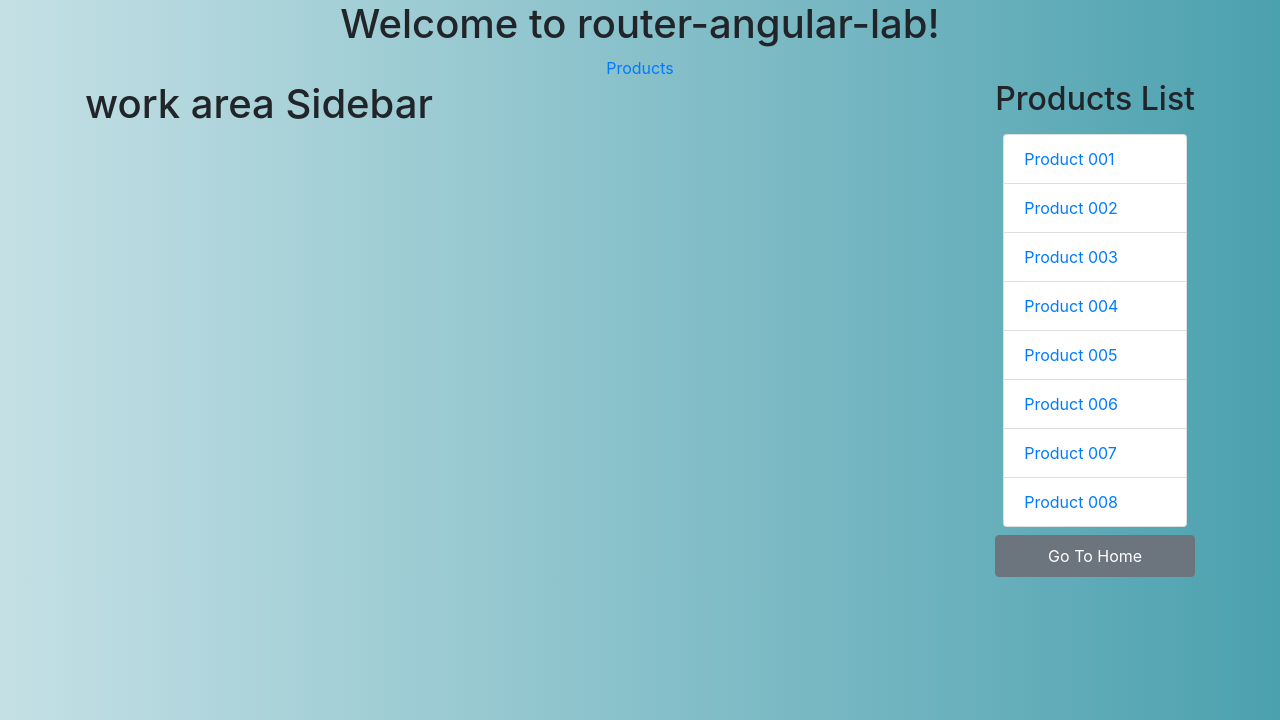
Repository: desalab/router-angular-lab
Page: /products
An editor plug-in stored every save of this project. The page is shown before and after the next save, followed by the edit.
The browser window is 1280 px wide. The pictures show the whole page.
The project was rebuilt for these pictures with package versions that can differ from the ones it lists, and the page was loaded fresh each time. Also part of the build but not shown: angular.json, src/app/product-detail/product-detail.component.ts, src/app/product-list-sidebar/product-list-sidebar.component.ts, src/app/home/home.component.ts.

Above is the page before, as saved 2018-12-06 01:11:35.

### src/index.html
<!doctype html>
<html lang="en">
<head>
  <meta charset="utf-8">
  <title>RouterAngularLab</title>
  <base href="/">

  <meta name="viewport" content="width=device-width, initial-scale=1">
  <link rel="icon" type="image/x-icon" href="favicon.ico">
  <link rel="stylesheet" href="https://stackpath.bootstrapcdn.com/bootstrap/4.1.3/css/bootstrap.min.css" integrity="sha384-MCw98/SFnGE8fJT3GXwEOngsV7Zt27NXFoaoApmYm81iuXoPkFOJwJ8ERdknLPMO" crossorigin="anonymous">

</head>
<body>
  <app-root></app-root>
</body>
</html>

### src/styles.css

body{
    background: #4CA1AF;  /* fallback for old browsers */
    background: -webkit-linear-gradient(to right, #C4E0E5, #4CA1AF);  /* Chrome 10-25, Safari 5.1-6 */
    background: linear-gradient(to right, #C4E0E5, #4CA1AF); /* W3C, IE 10+/ Edge, Firefox 16+, Chrome 26+, Opera 12+, Safari 7+ */
}

### src/app/app-routing.module.ts
import { NgModule } from '@angular/core';
import { Routes, RouterModule } from '@angular/router';
import { ProductListComponent } from './product-list/product-list.component';
import { ProductDetailComponent } from './product-detail/product-detail.component';
import { SidebarComponent } from './sidebar/sidebar.component';
import { ProductListSidebarComponent } from './product-list-sidebar/product-list-sidebar.component';

const routes: Routes = [
  { path: 'products', component: ProductListComponent },
  { path: 'product/:id', component: ProductDetailComponent },
  {
    path: '',
    component: SidebarComponent,
    outlet: 'sidebar'
  },
  {
    path: 'products',
    component: ProductListSidebarComponent,
    outlet: 'sidebar'
  }
];

@NgModule({
  imports: [RouterModule.forRoot(routes)],
  exports: [RouterModule]
})
export class AppRoutingModule { }

### src/app/app.component.ts
import { Component } from '@angular/core';

@Component({
  selector: 'app-root',
  templateUrl: './app.component.html',
  styleUrls: ['./app.component.css']
})
export class AppComponent {
  title = 'router-angular-lab';
}

### src/app/product-list/product-list.component.ts
import { Component, OnInit } from '@angular/core';
import { Product } from '../models/product';

@Component({
  selector: 'app-product-list',
  templateUrl: './product-list.component.html',
  styleUrls: ['./product-list.component.css']
})
export class ProductListComponent implements OnInit {

  public products: Product[] = [
    new Product(1, 'Product 001'),
    new Product(2, 'Product 002'),
    new Product(3, 'Product 003'),
    new Product(4, 'Product 004'),
    new Product(5, 'Product 005'),
    new Product(6, 'Product 006'),
    new Product(7, 'Product 007'),
    new Product(8, 'Product 008')
  ];

  constructor() { }

  ngOnInit() {
  }

}

### src/app/app.component.html
<div class="container">
  <div style="text-align:center">
    <h1>Welcome to {{ title }}!</h1>

    <a
      [routerLink]="[
        { outlets: { primary: ['products'], sidebar: ['products'] } }
      ]"
    >
      Products
    </a>
  </div>

  <div>
    <div style="float:right"><router-outlet></router-outlet></div>
    <div style="float:left"><router-outlet name="sidebar"></router-outlet></div>
  </div>
</div>

### src/app/models/product.ts
export class Product {
  id: number;
  name: string;
  constructor(id: number, name: string) {
    this.id = id;
    this.name = name;
  }
}

### src/app/product-list/product-list.component.html
<h2>Products List</h2>

<ul class="list-group p-2">
	<li class="list-group-item"  *ngFor="let product of products">
		<a [routerLink]="['/product/', product.id]">{{product.name}}</a>
	</li>
</ul>

<a class="btn btn-secondary btn-block p-2" routerLink="/">Go To Home</a>

### src/app/sidebar/sidebar.component.html
<h1>
  work area Sidebar
</h1>

Loaded but not shown: src/main.ts (common file); src/app/app.module.ts (common file); src/environments/environment.ts (common file); src/app/sidebar/sidebar.component.ts (common file); src/app/app.component.css (no stored copy; drawn as an empty file); src/app/product-list/product-list.component.css (no stored copy; drawn as an empty file); src/app/sidebar/sidebar.component.css (no stored copy; drawn as an empty file)

After the next save:
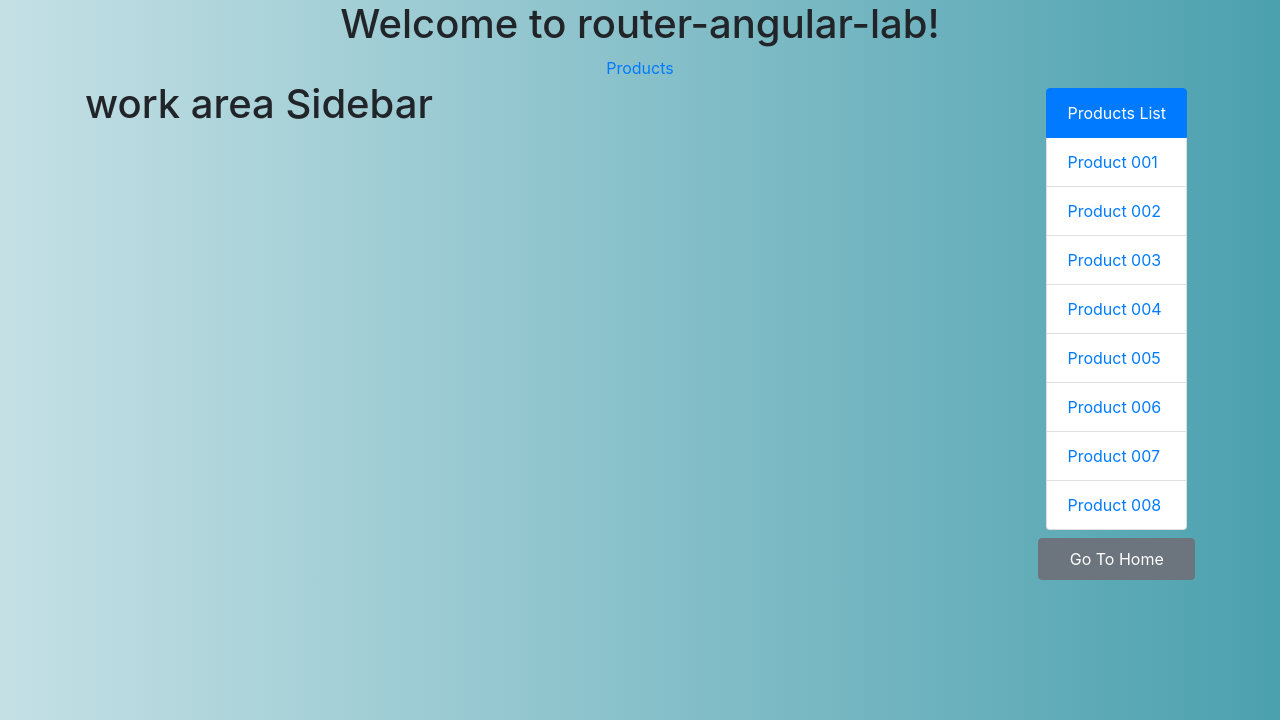
Saved 80 s later.
--- a/src/app/product-list/product-list.component.html
+++ b/src/app/product-list/product-list.component.html
@@ -1,6 +1,7 @@
-<h2>Products List</h2>
+
 
 <ul class="list-group p-2">
+	<li class="list-group-item active">Products List</li>
 	<li class="list-group-item"  *ngFor="let product of products">
 		<a [routerLink]="['/product/', product.id]">{{product.name}}</a>
 	</li>
